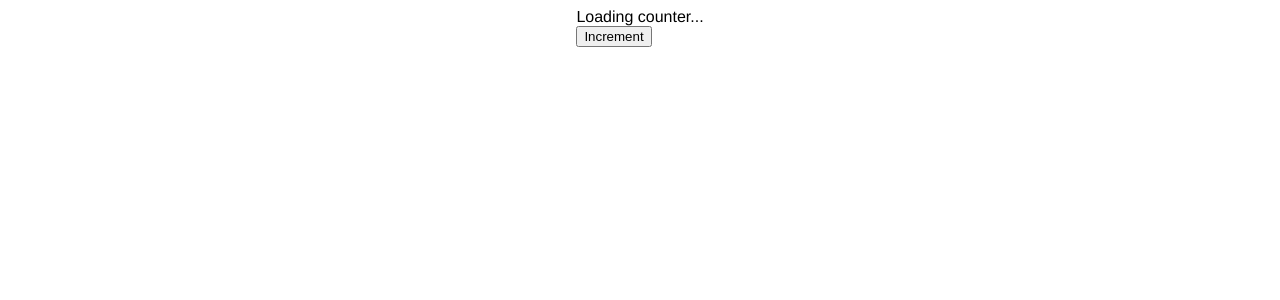
Repository: om1ars/counter
Page: index.html
The author's editor kept a copy of each file at every save. The page is drawn from the files as they stood at one save, then again after the next save.
The browser window is 1280 px wide. The pictures show the whole page.

Above is the page before, as saved 2021-12-09 17:53:59.
Console error: ReferenceError: Firebase is not defined

### index.html
<!DOCTYPE html>
<html lang="en">
  <head>
    <meta charset="UTF-8" />
    <meta http-equiv="X-UA-Compatible" content="IE=edge" />
    <meta name="viewport" content="width=device-width, initial-scale=1.0" />
    <title>Document</title>
    <link rel="stylesheet" href="styles.css" />
    <script></script>
  </head>
  <body>
    <div class="app">
      <div class="app__counter">
        Loading counter...
      </div>

      <button class="app__increment">
        Increment
      </button>
    </div>
    <script src="script.js"></script>
  </body>
</html>

### styles.css
body {
  align-items: center;
  display: flex;
  flex-direction: column;
  font-family: "Helvetica Neue",Helvetica,Arial,sans-serif;
}

.decrease {
  cursor: pointer;
  position:relative;
  width: auto;
  display:inline-block;
  color:#ecf0f1;
  text-decoration:none;
  border-radius:5px;
  border:solid 1px #f39c12;
  background:#e67e22;
  text-align:center;
  padding:16px 18px 14px;
  margin: 12px;
  font-size: 20px;
    transition: all 0.1s;
  box-shadow: 0px 6px 0px #d35400;
}

.decrease:active{
    box-shadow: 0px 2px 0px #d35400;
    position:relative;
    top:4px;
}

#counter {
  background: #efefef;
  border-radius: 5px;
  font-size: 40px;
  margin-top: 20px;
  padding: 10px;
}

### script.js
var dbStats =   new Firebase("https://brilliant-fire-863.firebaseio.com/Stats");
var dbThreads = new Firebase("https://brilliant-fire-863.firebaseio.com/Threads");
var hits = 0;
var counterBtn = $("#hitCounter");

dbThreads.push({
  "name":"Example Thread",
  "content": "hello, world!",
  "image": "http://placehold.it/150x150.png"
});


function setHits() {
  counterBtn.text("Hits: " + hits);
}

dbStats.on("child_changed",function(e,prev){
  hits = e.val().Hits;
  setHits();
});

dbStats.on("value",function(e){
  hits = e.val().Hits;
  setHits();
});

dbThreads.on("value",function(e){
  var threads = e.val();
  for(var key in threads)
  {
    var img = $("<img />",{src:threads[key].image});
    var list = $("<li />",{html:threads[key].name});
    var contents = $("<p />",{text:threads[key].content});
    list.appendTo("#threads");
    contents.appendTo(list);
    img.appendTo(list);

  }
});

counterBtn.on("click",function(e){
  hits++;
  dbStats.set({"Hits":hits});
  setHits();
});

After the next save:
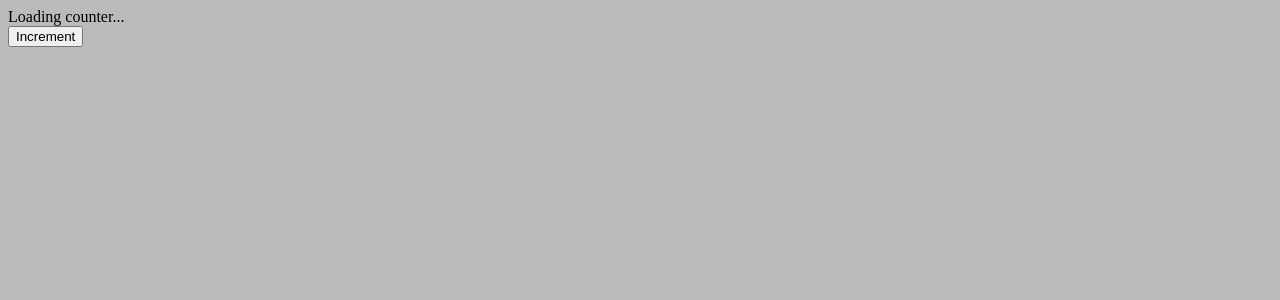
Saved 4 s later.
--- a/styles.css
+++ b/styles.css
@@ -1,38 +1,32 @@
-body {
-  align-items: center;
-  display: flex;
-  flex-direction: column;
-  font-family: "Helvetica Neue",Helvetica,Arial,sans-serif;
+#hitCounter {
+  border: solid 2px black;
+  background: #421;
+  color: #46f;
+  font-size: 17pt;
+  padding: 10px;
 }
 
-.decrease {
-  cursor: pointer;
-  position:relative;
-  width: auto;
-  display:inline-block;
-  color:#ecf0f1;
-  text-decoration:none;
-  border-radius:5px;
-  border:solid 1px #f39c12;
-  background:#e67e22;
-  text-align:center;
-  padding:16px 18px 14px;
-  margin: 12px;
-  font-size: 20px;
-    transition: all 0.1s;
-  box-shadow: 0px 6px 0px #d35400;
+body {
+  background: #bbb;
 }
 
-.decrease:active{
-    box-shadow: 0px 2px 0px #d35400;
-    position:relative;
-    top:4px;
+#threads li img {
+  right: 5px;
+  top: 5px;
+  position: absolute;
+  float: right;
+  border: solid 1px red;
 }
 
-#counter {
-  background: #efefef;
-  border-radius: 5px;
-  font-size: 40px;
-  margin-top: 20px;
+#threads li {
+  font-size: 13pt;
+  position: relative;
+  max-width: 400px;
+  height: 150px;
+  text-align: left;
+  background: #ccc;
+  color: black;
+  margin-bottom: 10px;
   padding: 10px;
+  list-style: none;
 }
